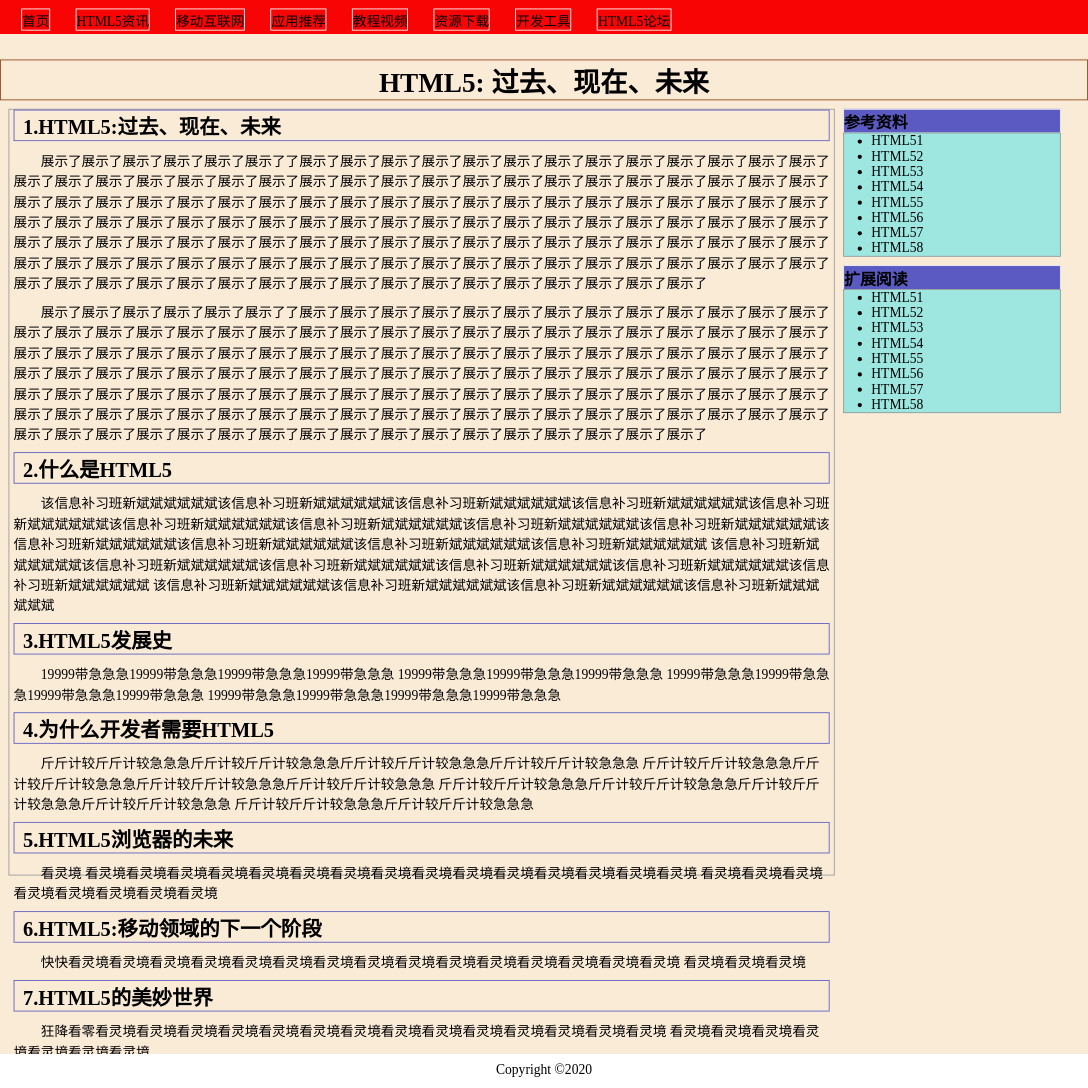
Repository: LstHeart/html-learning
Page: css/案例作业2.html
An editor plug-in stored every save of this project. The page is shown before and after the next save, followed by the edit.
The browser window is 1280 px wide. The pictures show the whole page, at 85% of full size.

Above is the page before, as saved 2021-01-05 22:46:54.

After the next save:
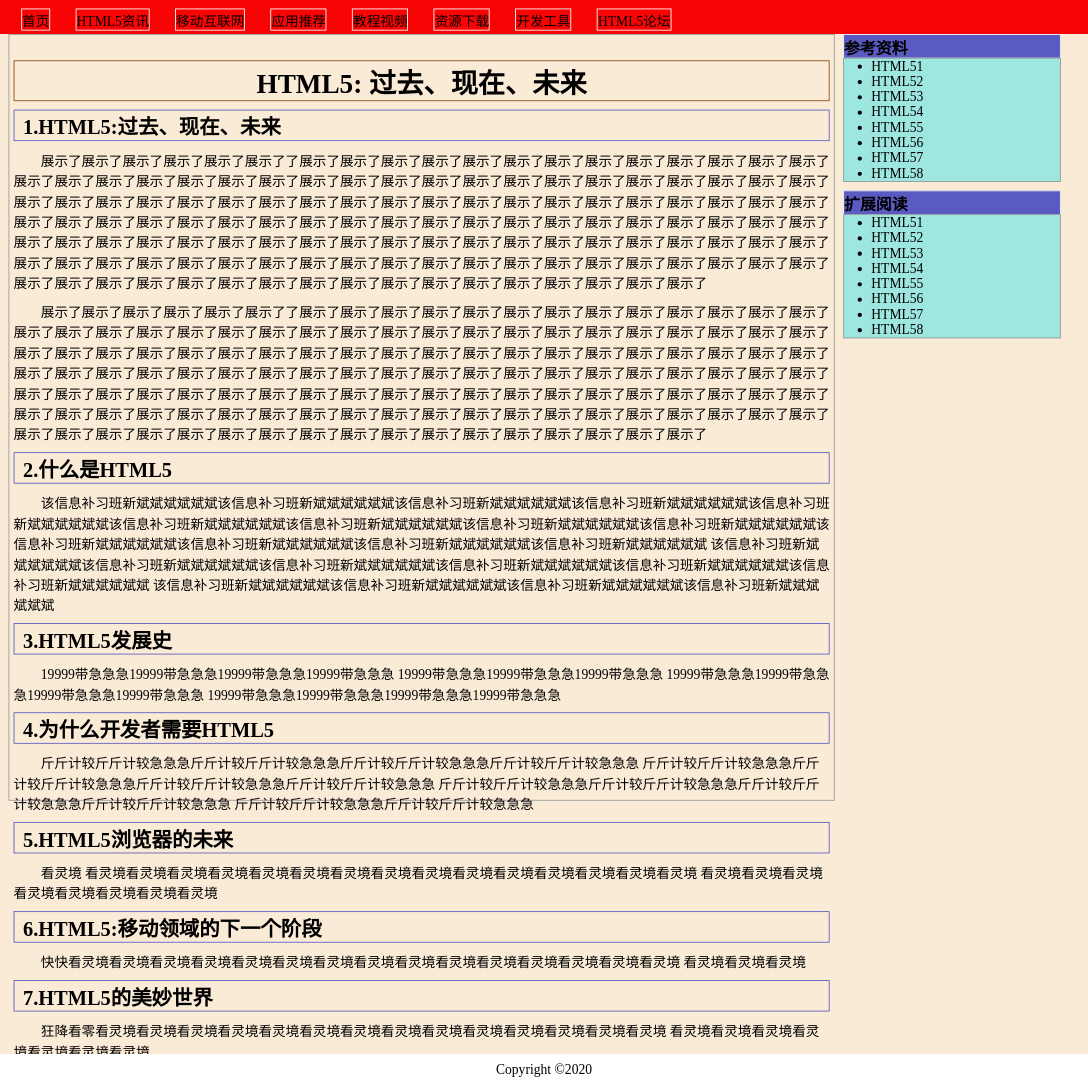
Saved 53 s later.
--- a/css/案例作业2.html
+++ b/css/案例作业2.html
@@ -20,8 +20,9 @@
         </ul>
     </div>
     <div class="content">
-        <h1>HTML5: 过去、现在、未来</h1>
+
         <div class="leftside">
+            <h1>HTML5: 过去、现在、未来</h1>
             <h2>1.HTML5:过去、现在、未来</h2>
             <p>展示了展示了展示了展示了展示了展示了了展示了展示了展示了展示了展示了展示了展示了展示了展示了展示了展示了展示了展示了展示了展示了展示了展示了展示了展示了展示了展示了展示了展示了展示了展示了展示了展示了展示了展示了展示了展示了展示了展示了展示了展示了展示了展示了展示了展示了展示了展示了展示了展示了展示了展示了展示了展示了展示了展示了展示了展示了展示了展示了展示了展示了展示了展示了展示了展示了展示了展示了展示了展示了展示了展示了展示了展示了展示了展示了展示了展示了展示了展示了展示了展示了展示了展示了展示了展示了展示了展示了展示了展示了展示了展示了展示了展示了展示了展示了展示了展示了展示了展示了展示了展示了展示了展示了展示了展示了展示了展示了展示了展示了展示了展示了展示了展示了展示了展示了展示了展示了展示了展示了展示了展示了展示了展示了展示了展示了展示了展示了展示了展示了展示了展示了展示了展示了展示了展示了展示了</p>
             <p>展示了展示了展示了展示了展示了展示了了展示了展示了展示了展示了展示了展示了展示了展示了展示了展示了展示了展示了展示了展示了展示了展示了展示了展示了展示了展示了展示了展示了展示了展示了展示了展示了展示了展示了展示了展示了展示了展示了展示了展示了展示了展示了展示了展示了展示了展示了展示了展示了展示了展示了展示了展示了展示了展示了展示了展示了展示了展示了展示了展示了展示了展示了展示了展示了展示了展示了展示了展示了展示了展示了展示了展示了展示了展示了展示了展示了展示了展示了展示了展示了展示了展示了展示了展示了展示了展示了展示了展示了展示了展示了展示了展示了展示了展示了展示了展示了展示了展示了展示了展示了展示了展示了展示了展示了展示了展示了展示了展示了展示了展示了展示了展示了展示了展示了展示了展示了展示了展示了展示了展示了展示了展示了展示了展示了展示了展示了展示了展示了展示了展示了展示了展示了展示了展示了展示了展示了</p>
